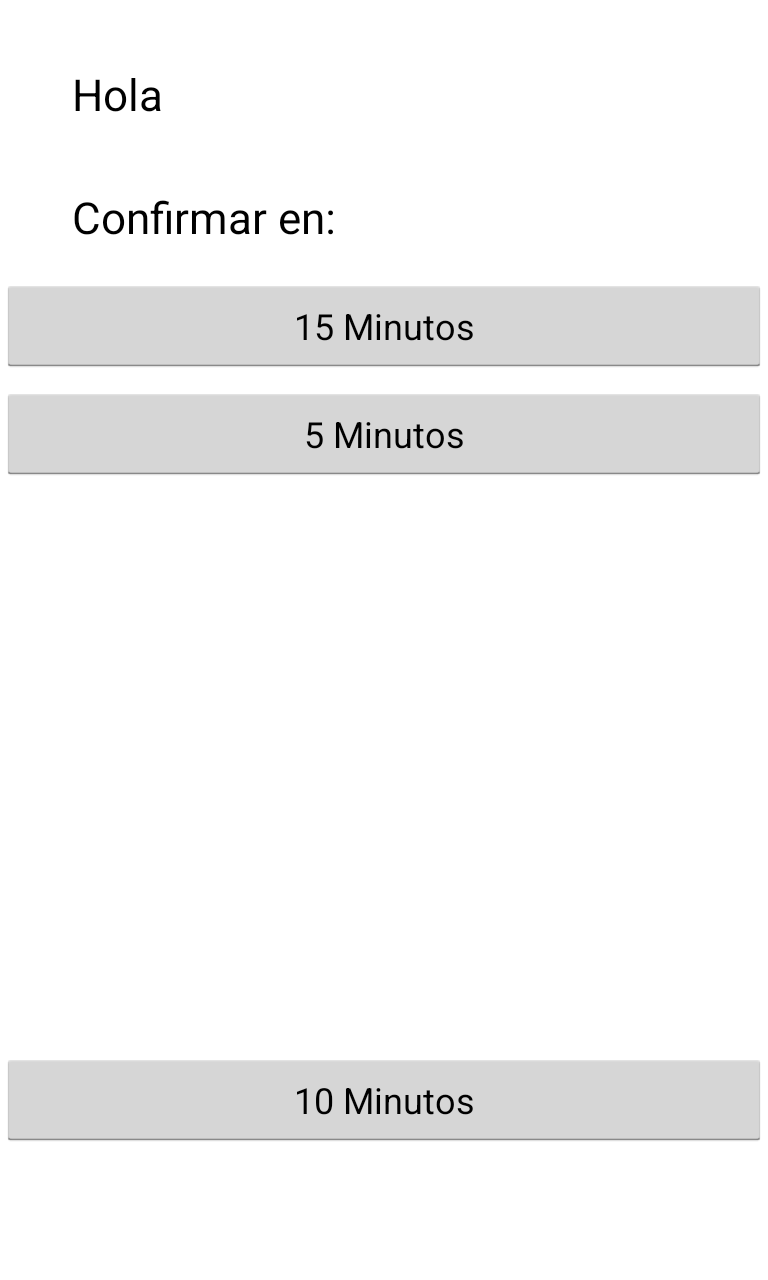
Repository: fernandohur/moviles
Layout: ClienteTaxi/res/layout/activity_confirmar_servicio.xml
The author's editor kept a copy of each file at every save. The layout is drawn from the files as they stood at one save, then again after the next save.
It is drawn on a 768 x 1280 px phone screen (xhdpi) without system bars, with theme AppTheme; the app's code is not run.

Above is the layout before, as saved 2013-03-09 23:16:20.

### ClienteTaxi/res/layout/activity_confirmar_servicio.xml
<RelativeLayout xmlns:android="http://schemas.android.com/apk/res/android"
    xmlns:tools="http://schemas.android.com/tools"
    android:layout_width="match_parent"
    android:layout_height="match_parent"
    tools:context=".ConfirmarServicioActivity" >

    <TextView
        android:id="@+id/TextView01"
        android:layout_width="wrap_content"
        android:layout_height="wrap_content"
        android:layout_alignLeft="@+id/txtMessageConf"
        android:layout_below="@+id/txtMessageConf"
        android:layout_marginTop="32dp"
        android:text="Confirmar en:"
        android:textAppearance="?android:attr/textAppearanceLarge" />

    <TextView
        android:id="@+id/txtMessageConf"
        android:layout_width="wrap_content"
        android:layout_height="wrap_content"
        android:layout_alignParentLeft="true"
        android:layout_alignParentTop="true"
        android:layout_marginLeft="36dp"
        android:layout_marginTop="32dp"
        android:text="Hola"
        android:textAppearance="?android:attr/textAppearanceLarge" />

    <Button
        android:id="@+id/button1"
        android:layout_width="wrap_content"
        android:layout_height="wrap_content"
        android:layout_alignParentLeft="true"
        android:layout_alignParentRight="true"
        android:layout_below="@+id/TextView01"
        android:layout_marginTop="70dp"
        android:text="5 Minutos" />

    <Button
        android:id="@+id/button3"
        android:layout_width="wrap_content"
        android:layout_height="wrap_content"
        android:layout_alignParentLeft="true"
        android:layout_alignParentRight="true"
        android:layout_below="@+id/TextView01"
        android:layout_marginTop="16dp"
        android:text="15 Minutos" />

    <Button
        android:id="@+id/button2"
        android:layout_width="wrap_content"
        android:layout_height="wrap_content"
        android:layout_alignParentBottom="true"
        android:layout_alignParentLeft="true"
        android:layout_alignParentRight="true"
        android:layout_marginBottom="66dp"
        android:text="10 Minutos" />

</RelativeLayout>

Loaded but not shown: ClienteTaxi/res/values/styles.xml (common file); ClienteTaxi/res/values-v11/styles.xml (common file); ClienteTaxi/res/values-v14/styles.xml (common file)

After the next save:
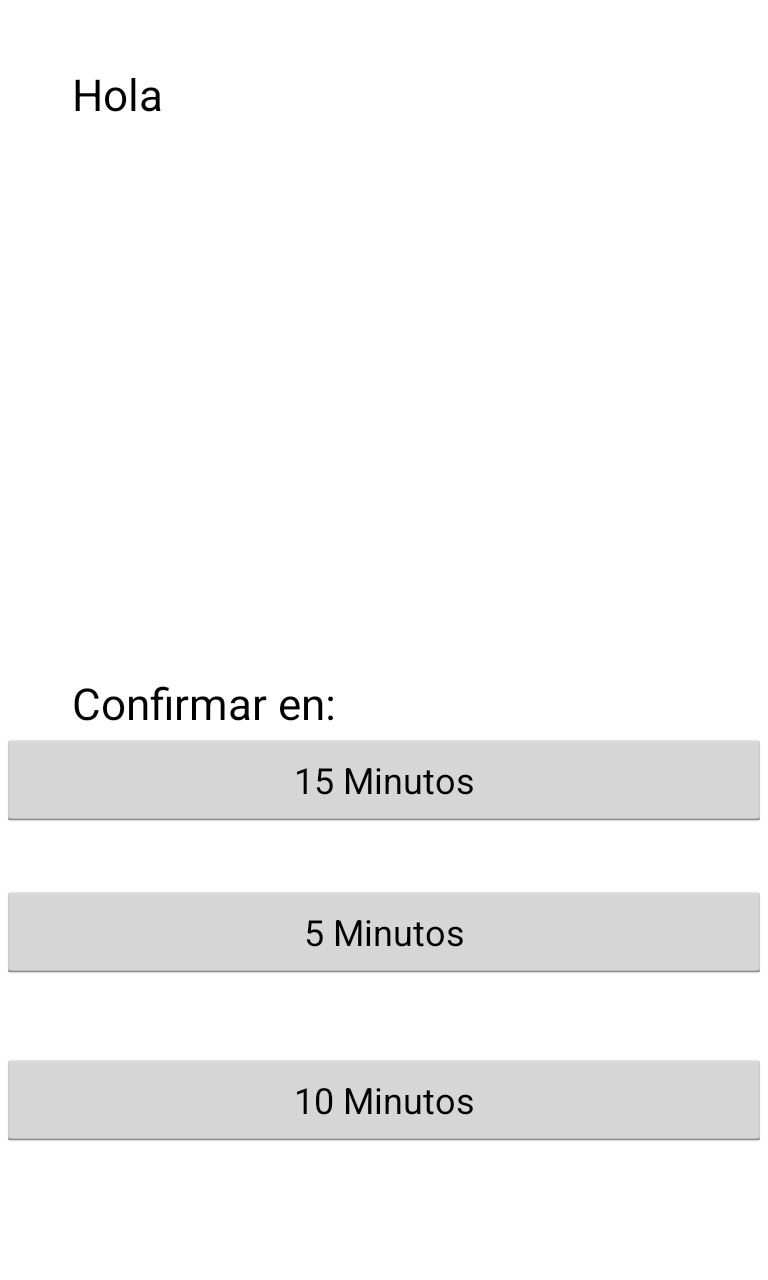
Saved 28 s later.
--- a/ClienteTaxi/res/layout/activity_confirmar_servicio.xml
+++ b/ClienteTaxi/res/layout/activity_confirmar_servicio.xml
@@ -3,16 +3,6 @@
     android:layout_width="match_parent"
     android:layout_height="match_parent"
     tools:context=".ConfirmarServicioActivity" >
-
-    <TextView
-        android:id="@+id/TextView01"
-        android:layout_width="wrap_content"
-        android:layout_height="wrap_content"
-        android:layout_alignLeft="@+id/txtMessageConf"
-        android:layout_below="@+id/txtMessageConf"
-        android:layout_marginTop="32dp"
-        android:text="Confirmar en:"
-        android:textAppearance="?android:attr/textAppearanceLarge" />
 
     <TextView
         android:id="@+id/txtMessageConf"
@@ -26,26 +16,6 @@
         android:textAppearance="?android:attr/textAppearanceLarge" />
 
     <Button
-        android:id="@+id/button1"
-        android:layout_width="wrap_content"
-        android:layout_height="wrap_content"
-        android:layout_alignParentLeft="true"
-        android:layout_alignParentRight="true"
-        android:layout_below="@+id/TextView01"
-        android:layout_marginTop="70dp"
-        android:text="5 Minutos" />
-
-    <Button
-        android:id="@+id/button3"
-        android:layout_width="wrap_content"
-        android:layout_height="wrap_content"
-        android:layout_alignParentLeft="true"
-        android:layout_alignParentRight="true"
-        android:layout_below="@+id/TextView01"
-        android:layout_marginTop="16dp"
-        android:text="15 Minutos" />
-
-    <Button
         android:id="@+id/button2"
         android:layout_width="wrap_content"
         android:layout_height="wrap_content"
@@ -55,4 +25,33 @@
         android:layout_marginBottom="66dp"
         android:text="10 Minutos" />
 
+    <Button
+        android:id="@+id/button1"
+        android:layout_width="wrap_content"
+        android:layout_height="wrap_content"
+        android:layout_above="@+id/button2"
+        android:layout_alignParentLeft="true"
+        android:layout_alignParentRight="true"
+        android:layout_marginBottom="36dp"
+        android:text="5 Minutos" />
+
+    <Button
+        android:id="@+id/button3"
+        android:layout_width="wrap_content"
+        android:layout_height="wrap_content"
+        android:layout_above="@+id/button1"
+        android:layout_alignParentLeft="true"
+        android:layout_alignParentRight="true"
+        android:layout_marginBottom="28dp"
+        android:text="15 Minutos" />
+
+    <TextView
+        android:id="@+id/TextView01"
+        android:layout_width="wrap_content"
+        android:layout_height="wrap_content"
+        android:layout_above="@+id/button3"
+        android:layout_alignLeft="@+id/txtMessageConf"
+        android:text="Confirmar en:"
+        android:textAppearance="?android:attr/textAppearanceLarge" />
+
 </RelativeLayout>
